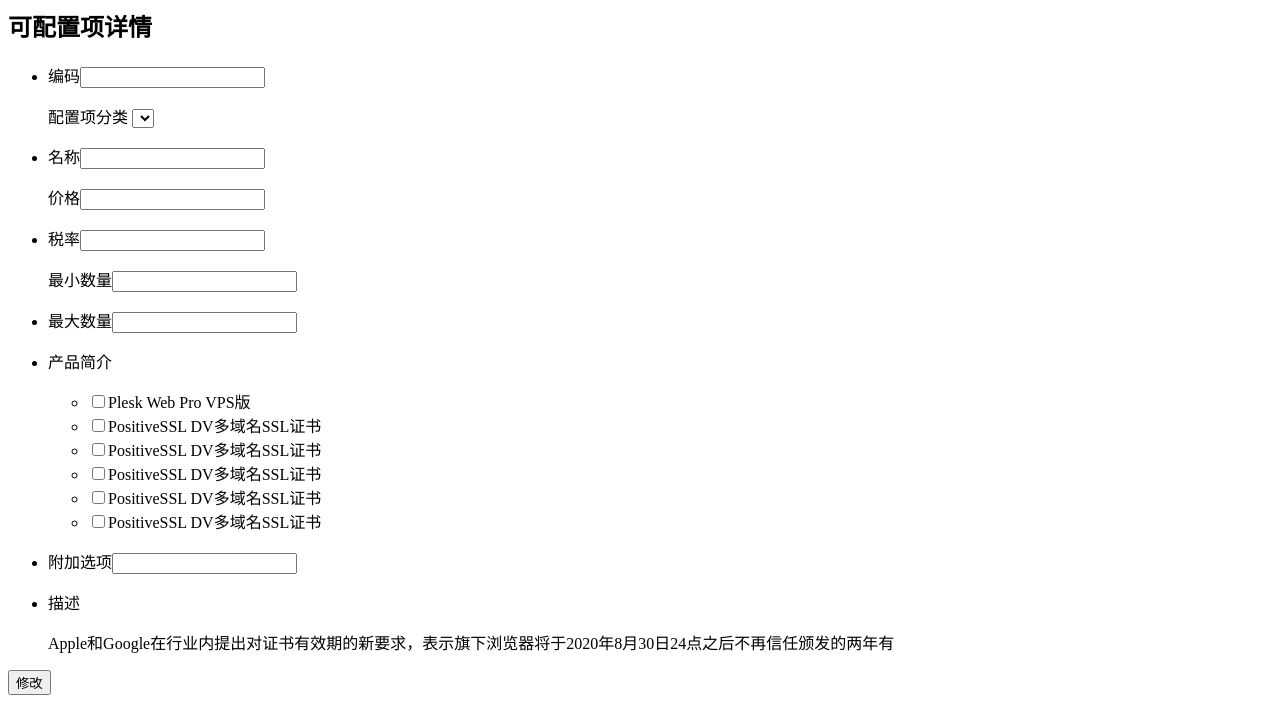
Repository: wangyan466393/racentSystem
Page: configurableDetail.html
These files come from the project's save history. The page is drawn as it stood at one moment and after the next save; the edit follows.
The browser window is 1280 px wide. The pictures show the whole page.

Above is the page before, as saved 2020-08-12 15:08:02.

### configurableDetail.html
<div id="content_box">
    <h2>可配置项详情</h2>
<div class="config_box">
    <div class="config_content">
        <ul>
            <li>

                <p>
                    <span>编码</span><input type="text" class="config_inp">
                </p>
                <p>
                    <span>配置项分类</span>
                    <select name="" id="" class="config_inp">
                        <option value=""></option>
                    </select>
                </p>
            </li>
            <li>

                <p>
                    <span>名称</span><input type="text" class="config_inp">
                </p>
                <p>
                    <span>价格</span><input type="number" class="config_inp">
                </p>
            </li>
            <li>

                <p>
                    <span>税率</span><input type="number" class="config_inp">
                </p>
                <p>
                    <span>最小数量</span><input type="number" class="config_inp">
                </p>
            </li>
            <li>

                <p>
                    <span>最大数量</span><input type="number" class="config_inp">
                </p>
            </li>
            <li>
               <p> <span>产品简介</span></p>
                <ul class="intro">
                    <li>
                        <input type="checkbox"><label for="">Plesk Web Pro VPS版</label>
                    </li>
                    <li>
                        <input type="checkbox"><label for="">PositiveSSL DV多域名SSL证书</label>
                    </li>
                    <li>
                        <input type="checkbox"><label for="">PositiveSSL DV多域名SSL证书</label>
                    </li>
                    <li>
                        <input type="checkbox"><label for="">PositiveSSL DV多域名SSL证书</label>
                    </li>
                    <li>
                        <input type="checkbox"><label for="">PositiveSSL DV多域名SSL证书</label>
                    </li>
                    <li>
                        <input type="checkbox"><label for="">PositiveSSL DV多域名SSL证书</label>
                    </li>
                </ul>
            </li>
            <li>
                <p>
                    <span>附加选项</span><input type="text" class="config_inp">
                </p>

            </li>
            <li>
               <p> <span>描述</span></p>
                <div class="e_content" style="width: 100%;">
                    <p>
                        Apple和Google在行业内提出对证书有效期的新要求，表示旗下浏览器将于2020年8月30日24点之后不再信任颁发的两年有
                    </p>
                </div>
            </li>

        </ul>
    </div>
</div>
</div>
<div class="email_back_btn">
    <button type="button">修改</button>
</div>

After the next save:
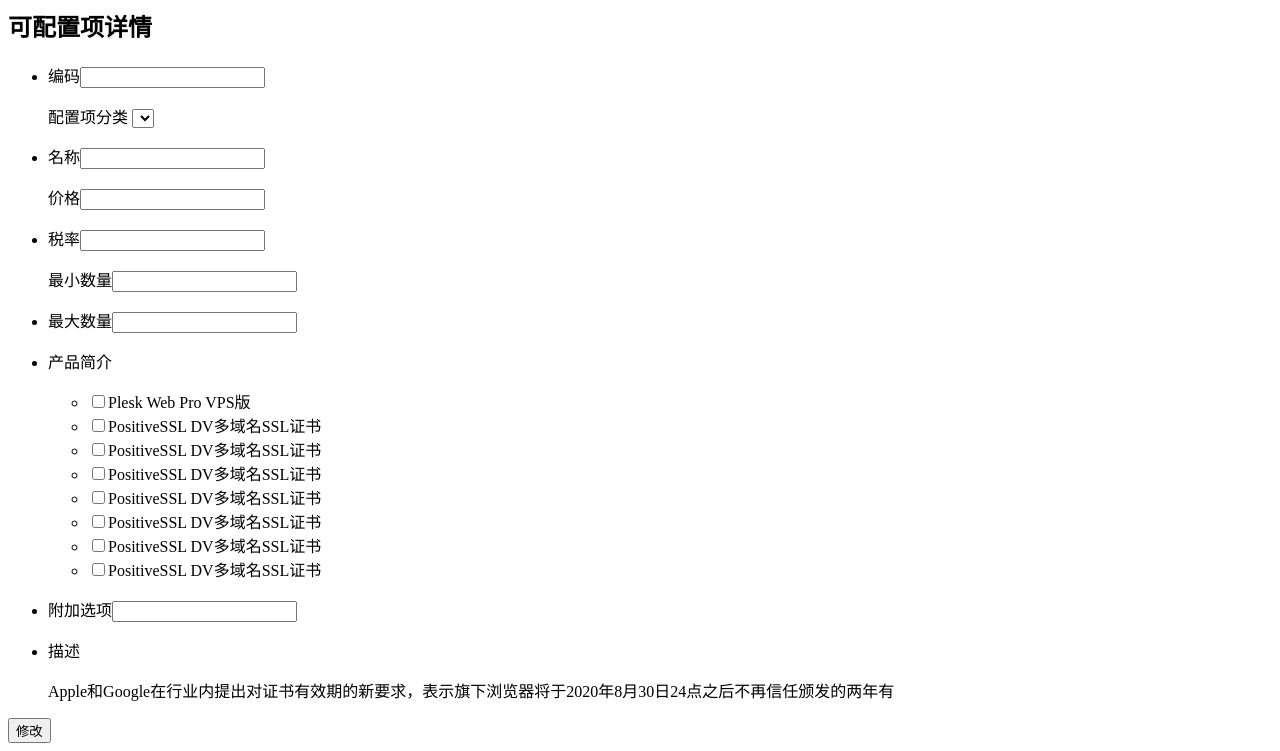
Saved 30 s later.
--- a/configurableDetail.html
+++ b/configurableDetail.html
@@ -60,6 +60,12 @@
                     <li>
                         <input type="checkbox"><label for="">PositiveSSL DV多域名SSL证书</label>
                     </li>
+                    <li>
+                        <input type="checkbox"><label for="">PositiveSSL DV多域名SSL证书</label>
+                    </li>
+                    <li>
+                        <input type="checkbox"><label for="">PositiveSSL DV多域名SSL证书</label>
+                    </li>
                 </ul>
             </li>
             <li>
